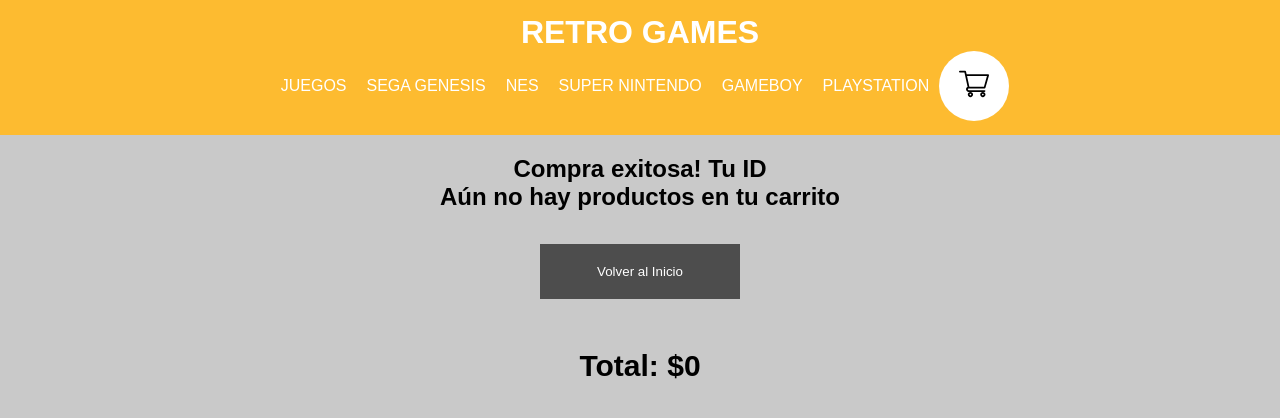
Repository: r-vudama/proyectoEC
Page: /cart
The author's editor kept a copy of each file at every save. The page is drawn from the files as they stood at one save, then again after a run of saves.
The browser window is 1280 px wide. The pictures show the whole page.
The page's requests for data from a server got no answer. Some web fonts or font styles are not loaded; a fallback is used. The project was rebuilt for these pictures with package versions that can differ from the ones it lists, and the page was loaded fresh each time. No one was signed in, and anything a server would have sent is missing. Also part of the build but not shown: src/components/Item.js, src/components/ItemList.js, src/components/ItemListContainer.js, src/components/ItemCount.js, src/components/ItemDetail.js, src/components/ItemDetailContainer.js, src/components/filter/Sega.js, src/components/filter/Gameboy.js and 3 more.

Above is the page before, as saved 2021-01-23 18:07:44.

### src/App.js
import React from 'react';
import './components/css/main.css';
import NavBar from './components/NavBar';
import ItemListContainer from './components/ItemListContainer';
import ItemDetailContainer from "./components/ItemDetailContainer";
import Sega from './components/filter/Sega';
import Gameboy from './components/filter/Gameboy';
import Playstation from './components/filter/Playstation';
import Snes from './components/filter/Snes';
import Nes from './components/filter/Nes';
import Cart from './components/Cart';
import { BrowserRouter, Switch, Route } from 'react-router-dom';
import CarritoProvider from './context/cartContext';

function App() {

  return (
      <div className="App">
        <CarritoProvider>
          <BrowserRouter>
            <NavBar/>
            <Switch>
              <Route exact path="/" component={ItemListContainer}/>
              <Route path='/itemdetail/:id' component={ItemDetailContainer}/>
              <Route path="/sega" component={Sega}/>
              <Route path="/gameboy" component={Gameboy}/>
              <Route path="/nes" component={Nes}/>
              <Route path="/snes" component={Snes}/>
              <Route path="/playstation" component={Playstation}/>
              <Route path="/cart" component={Cart}/>
            </Switch>
          </BrowserRouter>
        </CarritoProvider>
      </div>
  );
}

export default App;

### src/components/css/main.css
@import url("https://fonts.googleapis.com/css2?family=Electrolize&display=swap");
* {
  margin: 0;
  padding: 0;
  box-sizing: border-box;
  font-family: "Electrolize", sans-serif;
}

a {
  text-decoration: none;
}

body {
  background: #c9c9c9;
}

.header-contenedor {
  width: 100%;
  height: 135px;
  display: flex;
  justify-content: center;
  align-items: center;
  background: #fdbb30;
}

.header {
  width: 100%;
  display: flex;
  justify-content: center;
  align-items: center;
  flex-direction: column;
}
.header a {
  text-decoration: none;
}

.header__titulo {
  color: #fff;
}

.header__menu {
  list-style: none;
  display: flex;
}

.header__menu li {
  font-size: 16px;
  padding: 10px;
  text-transform: uppercase;
}

.header__menu li a {
  text-decoration: none;
  color: #fff;
  transition: all 0.3s ease;
}

.header__menu li a:hover {
  color: #949494;
}

.header__nav {
  display: flex;
  justify-content: space-between;
  align-items: center;
}

.contenedor-carrito {
  width: 70px;
  height: 70px;
  display: flex;
  align-items: center;
  justify-content: center;
  background: #fff;
  border-radius: 50%;
  cursor: pointer;
}
.contenedor-carrito .carrito__cantidad {
  width: 20px;
  font-size: 12px;
  background: red;
  padding: 5px;
  border-radius: 5px;
  text-align: center;
  color: #fff;
  display: flex;
  justify-content: center;
  align-items: center;
  margin-left: 8px;
}

.header__carrito {
  width: 30px;
}

.contenedor-items {
  width: 100%;
  height: 100%;
  display: flex;
  justify-content: center;
  align-items: center;
  flex-direction: column;
  padding: 50px 0;
  background: #c9c9c9;
}

.contador {
  width: 100%;
  height: 100%;
  display: flex;
  justify-content: space-around;
  align-items: center;
  flex-direction: column;
}
.contador .botones {
  display: flex;
  justify-content: center;
  align-items: center;
}
.contador .botones input, .contador .botones button {
  width: 35px;
  height: 35px;
}
.contador .botones button {
  border: none;
  background: #e80033;
  color: #fff;
  cursor: pointer;
}
.contador .botones button:hover {
  background: #bf0d3e;
}

.lista-productos {
  width: 100%;
  height: 100%;
  display: flex;
  justify-content: center;
  align-items: center;
  flex-wrap: wrap;
}
.lista-productos h2 {
  width: 100%;
  text-align: center;
  margin-bottom: 20px;
}

.producto-card {
  width: 230px;
  height: 300px;
  background: #e80033;
  display: flex;
  justify-content: flex-start;
  align-items: center;
  flex-direction: column;
  margin: 20px;
  border-radius: 5px;
  cursor: pointer;
  box-shadow: 10px 10px 5px -1px rgba(0, 0, 0, 0.75);
  text-decoration: none;
}
.producto-card:hover {
  background: #bf0d3e;
}
.producto-card p {
  margin: 10px 3px 3px 3px;
  font-size: 18px;
  color: #fff;
  text-align: center;
}
.producto-card img {
  width: 180px;
  height: 180px;
  margin-top: 20px;
}

.producto-card-detail {
  width: 90%;
  height: 100%;
  background: #ed8b00;
  color: #fff;
  display: flex;
  justify-content: center;
  align-items: center;
  padding: 30px;
  box-shadow: 10px 10px 5px -1px rgba(0, 0, 0, 0.75);
  margin-top: 25px;
}
.producto-card-detail .producto-info {
  display: flex;
  justify-content: center;
  align-items: center;
  flex-direction: column;
}
.producto-card-detail .producto-info p {
  font-size: 14px;
  padding: 10px;
  text-align: center;
}
.producto-card-detail .producto-info .card-titulo, .producto-card-detail .producto-info .card-valor {
  font-size: 30px;
  font-weight: bold;
}
.producto-card-detail img {
  width: 280px;
  margin-right: 30px;
}

.btn-confirmar {
  width: 200px;
  border: none;
  background: #e80033;
  padding: 20px;
  color: #fff;
  cursor: pointer;
}
.btn-confirmar:hover {
  background: #bf0d3e;
}

.btn-agregar {
  width: 200px;
  border: none;
  background: #910048;
  margin: 20px;
  padding: 20px;
  color: #fff;
  cursor: pointer;
}
.btn-agregar:hover {
  background: #d0006f;
}

.lista-productos-detail {
  width: 100%;
  height: 100%;
  display: flex;
  justify-content: center;
  align-items: center;
  flex-wrap: wrap;
}
.lista-productos-detail h2 {
  width: 100%;
  text-align: center;
}

.lista-productos-detail h2 {
  margin: 20px;
  font-size: 30px;
}

.card-Platforms {
  width: 380px;
  height: 200px;
  background: #e80033;
  display: flex;
  justify-content: center;
  align-items: flex-start;
  flex-direction: column;
  margin: 20px;
  border-radius: 5px;
  cursor: pointer;
  box-shadow: 10px 10px 5px -1px rgba(0, 0, 0, 0.75);
  text-decoration: none;
  padding: 10px;
}
.card-Platforms:hover {
  background: #bf0d3e;
}
.card-Platforms p {
  margin: 5px;
  font-size: 16px;
  color: #fff;
}
.card-Platforms p span {
  font-weight: bold;
}

.lista-productos-detail h2 {
  margin: 20px;
  font-size: 30px;
}

.card-Genres {
  width: 250px;
  height: 100px;
  background: #e80033;
  display: flex;
  justify-content: center;
  align-items: flex-start;
  flex-direction: column;
  margin: 20px;
  border-radius: 5px;
  cursor: pointer;
  box-shadow: 10px 10px 5px -1px rgba(0, 0, 0, 0.75);
  text-decoration: none;
  padding: 10px;
}
.card-Genres:hover {
  background: #bf0d3e;
}
.card-Genres p {
  margin: 5px;
  font-size: 16px;
  color: #fff;
}
.card-Genres p span {
  font-weight: bold;
}

.lista-productos-detail h2 {
  margin: 20px;
  font-size: 30px;
}

.card-Directors {
  width: 250px;
  height: 100px;
  background: #e80033;
  display: flex;
  justify-content: center;
  align-items: flex-start;
  flex-direction: column;
  margin: 20px;
  border-radius: 5px;
  cursor: pointer;
  box-shadow: 10px 10px 5px -1px rgba(0, 0, 0, 0.75);
  text-decoration: none;
  padding: 10px;
}
.card-Directors:hover {
  background: #bf0d3e;
}
.card-Directors p {
  margin: 5px;
  font-size: 16px;
  color: #fff;
}
.card-Directors p span {
  font-weight: bold;
}

.paginacion {
  width: 100%;
  height: 50px;
  display: flex;
  justify-content: center;
  align-items: center;
}
.paginacion input, .paginacion button {
  width: 65px;
  height: 35px;
}
.paginacion button {
  border: none;
  background: #e80033;
  color: #fff;
  cursor: pointer;
}
.paginacion button:hover {
  background: #bf0d3e;
}

.contenedor-cart {
  width: 100%;
  height: 100%;
  display: flex;
  justify-content: center;
  align-items: center;
  flex-direction: column;
  flex-wrap: wrap;
  padding: 20px;
}
.contenedor-cart .cart-card {
  width: 80%;
  height: 100px;
  background: #910048;
  display: flex;
  justify-content: space-between;
  align-items: center;
  padding: 0 50px;
  margin: 25px 0;
  box-shadow: 10px 10px 5px -1px rgba(0, 0, 0, 0.75);
}
.contenedor-cart .cart-card .card-description {
  color: #ffffff;
  display: flex;
  justify-content: center;
  align-items: center;
  flex-direction: column;
}
.contenedor-cart .cart-card input {
  background: #f15d22;
  border: none;
  color: #ffffff;
  padding: 15px;
  cursor: pointer;
}
.contenedor-cart .cart-card input:hover {
  background: #ed8b00;
}
.contenedor-cart .cart-total {
  width: 100%;
  height: 100%;
  font-size: 30px;
  text-align: center;
  margin-top: 35px;
  font-weight: bold;
}
.contenedor-cart .btn-eliminar-todo {
  width: 200px;
  border: none;
  background: #4d4d4d;
  padding: 20px;
  margin: 15px 10px;
  color: #fff;
  cursor: pointer;
}
.contenedor-cart .btn-eliminar-todo:hover {
  background: #292929;
}

.form-compra {
  width: 100%;
  margin: 15px 0;
  display: flex;
  justify-content: center;
  align-items: center;
  flex-direction: column;
}
.form-compra .input-form {
  width: 50%;
}
.form-compra .input-form input {
  width: 100%;
  margin: 10px;
  padding: 12px;
  border: none;
}
.form-compra .btn-comprar {
  width: 200px;
  margin: 15px 10px;
  border: none;
  background: #e80033;
  padding: 20px;
  color: #fff;
  cursor: pointer;
}
.form-compra .btn-comprar:hover {
  background: #bf0d3e;
}

.botones {
  display: flex;
  justify-content: center;
  align-items: center;
}

/*# sourceMappingURL=main.css.map */

### src/components/NavBar.js
import React, { useState } from 'react';
import CartWidget from './CartWidget';
import { NavLink } from 'react-router-dom';

const NavBar = () => {

  const [links, setLinks] = useState([
                                      {nombre: 'Juegos', url: '/'},
                                      {nombre: 'Sega Genesis', url: '/sega'},
                                      {nombre: 'NES', url: '/nes'},
                                      {nombre: 'Super Nintendo', url: '/snes'},
                                      {nombre: 'GameBoy', url: '/gameboy'},
                                      {nombre: 'Playstation', url: '/playstation'}
                                    ])

    return (
      <div className="header-contenedor">
        <header className="header">
          <NavLink to='/' exact><h1 className="header__titulo">RETRO GAMES</h1></NavLink>
          <nav className="header__nav">
            <ul className="header__menu">
                {links.map((link, i) => {
                    return (<li key={i}><NavLink to={link.url}>{link.nombre}</NavLink></li>)
                })}
            </ul>
          <NavLink to='/cart'><CartWidget/></NavLink>
          </nav>
        </header>
      </div>
    );
  }

export default NavBar;

### src/components/Cart.js
import React, {useContext, useState} from 'react';
import { contexto } from '../context/cartContext';
import { Link } from 'react-router-dom';

const Cart = () => {

    const {carrito, total, quitarDelCarrito, vaciarCarrito, nombre, setNombre, telefono, setTelefono, email, setEmail, compra, setCompra, confirmarCompra} = useContext(contexto);

    const borrarItem = (p) => {
        quitarDelCarrito(p.id);
      };

    return(
        <div className="contenedor-cart">

            {carrito.length === 0 ?
                        <>
                            <h2>Compra exitosa! Tu ID</h2>
                            <h2>Aún no hay productos en tu carrito</h2>
                            <br/>
                            <Link to={{pathname: `/`}}>
                                <input type="button" className="btn-eliminar-todo" value={`Volver al Inicio`}/>
                            </Link>
                        </> : carrito.map((card, i) => (
                <div key={i} className="cart-card">
                    <div className="card-description">
                        <p>{card.nombre}</p>
                        <p>Unidades: {card.cantidad}</p>
                        <p>Subtotal: $ {card.valor * card.cantidad}</p>
                    </div>
                    <input onClick={() => borrarItem(card)} type="button" value={`Quitar del carrito`}/>
                </div>
            ))}

            <div className="cart-total">Total: ${total()}</div>

            {carrito.length === 0 ? '' :
                <form onSubmit={confirmarCompra} className="form-compra">
                    <div className="input-form">
                        <input value={nombre} placeholder="Nombre*" onChange={(e)=>{setNombre(e.target.value)}} type="text"/>
                    </div>
                    <div className="input-form">
                        <input value={telefono} placeholder="Teléfono*" onChange={(e)=>{setTelefono(e.target.value)}} type="text"/>
                    </div>
                    <div className="input-form">
                        <input value={email} placeholder="E-mail*" onChange={(e)=>{setEmail(e.target.value)}} type="email"/>
                    </div>
                    <div className="botones">
                    <button type="submit" className="btn-comprar">Comprar</button>
                    <input onClick={vaciarCarrito} type="button" className="btn-eliminar-todo" value={`Vaciar el carrito`}/>
                    </div>
                </form>
            }

        </div>
    )
}

export default Cart

### src/context/cartContext.js
import React, { createContext, useState } from "react";
import { getFirestore } from '../firebase';
export const contexto = createContext();


const { Provider } = contexto;

const CarritoProvider = ({children}) => {

    const [cantidad, setCantidad] = useState(0);
    let [carrito, setCarrito] = useState([]);
    const [nombre, setNombre] = useState("");
    const [telefono, setTelefono] = useState("");
    const [email, setEmail] = useState("");
    const [compra, setCompra] = useState("");

        //Envia datos de la compra a la base de datos
        const confirmarCompra = (e) => {
          e.preventDefault()
          const datosCompra = {
              buyer : {
                  name : nombre,
                  phone : telefono,
                  email : email
              },
              items : [...carrito],
              total : total()
          }
          // console.log(datosCompra)

          const db = getFirestore()
          const OrderCollection = db.collection("orders")
          OrderCollection.add(datosCompra).then((resultado)=>{
              setCompra(resultado.id)
              // console.log(resultado.id)

              const Itemscollection = db.collection("items")
              const batch = getFirestore().batch()

              carrito.forEach(item=>{
                  batch.update(Itemscollection.doc(item.id), {stock: 0})
              })

              batch.commit()
              .then(()=>{
                  console.log("Termino bien")
              })
          })

      }


    //Toma la cantidad desde el contador
    const onAdd = (cantidadItem) => {
        setCantidad(cantidadItem)
    }

    //Carga el producto al carrito
    const cargarItem = (id, producto, valor, cantidad) => {

      let prodIndex = carrito.findIndex(item => item.nombre === producto);
      if(prodIndex === -1){
        setCarrito([...carrito, {'id': id,'nombre': producto, 'valor': valor, 'cantidad': cantidad }]);
      }else{
        let carritoModificado = [...carrito]
        carritoModificado[prodIndex].cantidad += cantidad;
        setCarrito(carritoModificado)
      }
    }

    // Suma cantidad y recorre los productos
    const cantidadProducto = () => {
      return carrito.reduce((accumulador, item) => (accumulador += item.cantidad), 0);
    };

    // Elimina producto del array. Busca el indice y elimina 1
    const quitarDelCarrito = (id) => {
      carrito.splice(
        carrito.findIndex((p) => p.id === id),
        1
      );
      setCarrito([...carrito]);
    };

    // Importe total
    const total = () => {
      return carrito.reduce((acc, p) => (acc += p.valor * p.cantidad), 0);
    };

    //Elimina todos los items en el carrito
    const vaciarCarrito = () =>{
      setCarrito([])
    }



  return (
    <Provider value={{onAdd, cargarItem, cantidadProducto, quitarDelCarrito, total, vaciarCarrito, carrito, cantidad, nombre, setNombre, telefono, setTelefono, email, setEmail,compra, setCompra, confirmarCompra}}>
      {children}
    </Provider>
  );
};

export default CarritoProvider;

### src/components/CartWidget.js
import React, {useContext} from 'react';
import { contexto } from '../context/cartContext'

const CartWidget = () => {

    const { cantidadProducto } = useContext(contexto);
    return(
        <>
        <div className="contenedor-carrito">
            <div>
                <img src="./img/cart.svg" alt="Carrito" className="header__carrito"/>
            </div>
            {cantidadProducto() === 0 ? '' :  <div className="carrito__cantidad">{cantidadProducto()}</div>}
        </div>

        </>
    )
}

export default CartWidget;

### src/firebase.js
import firebase from "firebase/app";
import "firebase/firestore";

const apiKey = process.env.REACT_APP_APIKEY
const appId = process.env.REACT_APP_appId
const authDomain = process.env.REACT_APP_authDomain
const messagingSenderId = process.env.REACT_APP_messagingSenderId
const projectId = process.env.REACT_APP_projectId
const storageBucket = process.env.REACT_APP_storageBucket

const firebaseConfig = {apiKey,authDomain,projectId,storageBucket,messagingSenderId,appId}

//Da instancia de la app inicializada
const app = firebase.initializeApp(firebaseConfig);

//Da instancia de Firestore inicializado y exporto
export const getFirestore = () => {
    return firebase.firestore(app)
}

// console.log(process.env)

Loaded but not shown: public/index.html (common file); src/index.js (common file); src/reportWebVitals.js (common file)

After the next 3 saves:
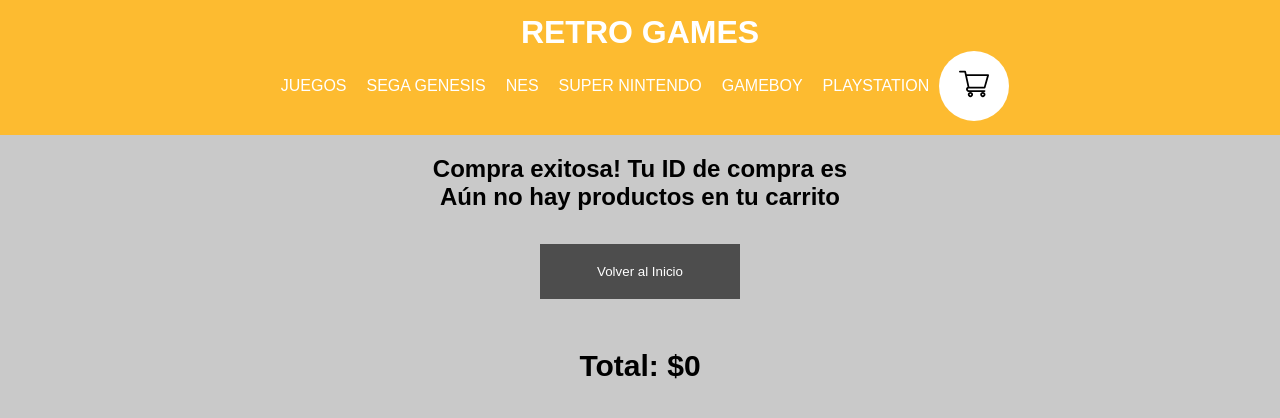
The 3 saves are shown as one change because they came seconds apart.
The last was saved 11 s later.
--- a/src/components/Cart.js
+++ b/src/components/Cart.js
@@ -15,7 +15,7 @@
 
             {carrito.length === 0 ?
                         <>
-                            <h2>Compra exitosa! Tu ID</h2>
+                            <h2>Compra exitosa! Tu ID de compra es {compra}</h2>
                             <h2>Aún no hay productos en tu carrito</h2>
                             <br/>
                             <Link to={{pathname: `/`}}>
